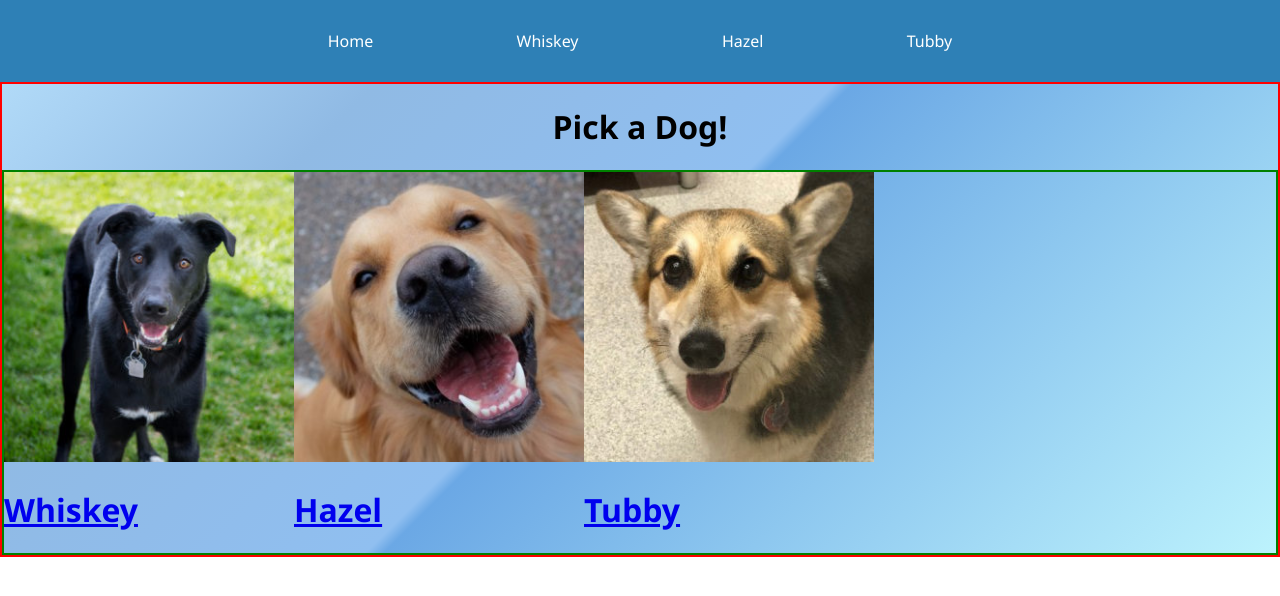
Repository: johnmutina/dog-finder
Page: /dogs
These files come from the project's save history. The page is drawn as it stood at one moment and after a run of saves; the edit follows.
The browser window is 1280 px wide. The pictures show the whole page.
The project was rebuilt for these pictures with package versions that can differ from the ones it lists, and the page was loaded fresh each time. Also part of the build but not shown: src/Dog.js.

Above is the page before, as saved 2019-07-28 15:13:51.

### src/App.js
import React, { Component } from "react";
import { Switch, Route, NavLink, Redirect } from "react-router-dom";
import DogFinder from "./DogFinder";
import Dog from "./Dog";
import "./App.css";

// Import all images in image folder
function importAll(r) {
  let images = {};
  r.keys().map((item, index) => {
    images[item.replace("./", "")] = r(item);
  });
  return images;
}

const images = importAll(
  require.context("./assets", false, /\.(gif|jpe?g|svg)$/)
);

class App extends Component {
  static defaultProps = {
    dogs: [
      {
        name: "Whiskey",
        age: 5,
        src: images["whiskey.jpg"],
        facts: [
          "Whiskey loves eating popcorn.",
          "Whiskey is a terrible guard dog.",
          "Whiskey wants to cuddle with you!"
        ]
      },
      {
        name: "Hazel",
        age: 3,
        src: images["hazel.jpg"],
        facts: [
          "Hazel has soooo much energy!",
          "Hazel is highly intelligent.",
          "Hazel loves people more than dogs."
        ]
      },
      {
        name: "Tubby",
        age: 4,
        src: images["tubby.jpg"],
        facts: [
          "Tubby is not the brightest dog",
          "Tubby does not like walks or exercise.",
          "Tubby loves eating food."
        ]
      }
    ]
  };

  render() {
    return (
      <div className="App">
        {/* NAVBAR */}
        <div className="App-navbar">
          <NavLink to="/dogs" activeClassName="App-active-navlink">
            Home
          </NavLink>
          {this.props.dogs.map(dog => (
            <NavLink
              key={dog.name}
              to={`/dogs/${dog.name}`}
              activeClassName="App-active-navlink"
            >
              {dog.name}
            </NavLink>
          ))}
        </div>

        {/* ROUTES SETUP */}

        <Switch>
          <Route
            exact
            path="/dogs"
            render={routeProps => (
              <DogFinder dogs={this.props.dogs} {...routeProps} />
            )}
          />
          <Route
            exact
            path="/dogs/:name"
            render={routeProps => (
              <Dog
                {...this.props.dogs.filter(
                  dog => dog.name == routeProps.match.params.name
                )[0]}
                {...routeProps}
              />
            )}
          />
          <Route render={() => <Redirect to="/dogs" />} />
        </Switch>
      </div>
    );
  }
}

export default App;

### src/DogFinder.js
import React, { Component } from "react";
import { Link } from "react-router-dom";
import "./DogFinder.css";

class DogFinder extends Component {
  render() {
    return (
      <div className="DogFinder">
        <h1>Pick a Dog!</h1>
        <div className="DogFinder-box">
          {this.props.dogs.map(dog => (
            <Link to={`/dogs/${dog.name}`}>
              <div className="DogFinder-dog-container">
                <img src={dog.src} alt={dog.name} />
                <h1>{dog.name}</h1>
              </div>
            </Link>
          ))}
        </div>
      </div>
    );
  }
}

export default DogFinder;

### src/App.css
* {
  font-family: "Segoe UI", Tahoma, Geneva, Verdana, sans-serif;
}

.App {
  height: 100%;
  text-align: center;
  background: #b8e1fc; /* Old browsers */
  background: -moz-linear-gradient(
    -45deg,
    #b8e1fc 0%,
    #a9d2f3 10%,
    #90bae4 25%,
    #90bcea 37%,
    #90bff0 50%,
    #6ba8e5 51%,
    #a2daf5 83%,
    #bdf3fd 100%
  ); /* FF3.6-15 */
  background: -webkit-linear-gradient(
    -45deg,
    #b8e1fc 0%,
    #a9d2f3 10%,
    #90bae4 25%,
    #90bcea 37%,
    #90bff0 50%,
    #6ba8e5 51%,
    #a2daf5 83%,
    #bdf3fd 100%
  ); /* Chrome10-25,Safari5.1-6 */
  background: linear-gradient(
    135deg,
    #b8e1fc 0%,
    #a9d2f3 10%,
    #90bae4 25%,
    #90bcea 37%,
    #90bff0 50%,
    #6ba8e5 51%,
    #a2daf5 83%,
    #bdf3fd 100%
  ); /* W3C, IE10+, FF16+, Chrome26+, Opera12+, Safari7+ */
  filter: progid:DXImageTransform.Microsoft.gradient( startColorstr='#b8e1fc', endColorstr='#bdf3fd',GradientType=1 ); /* IE6-9 fallback on horizontal gradient */
}
.App-navbar {
  display: flex;
  background-color: #2e80b6;
  justify-content: space-around;
  padding: 30px 20%;
}

.App-navbar > * {
  color: white;
  text-decoration: none;
  text-transform: capitalize;
}

.App-navbar > *:hover {
  text-decoration: underline;
  font-weight: bolder;
}

### src/DogFinder.css
.DogFinder {
  border: 2px solid red;
}

.DogFinder-box {
  display: flex;
  flex-flow: row wrap;
  border: 2px solid green;
}

.DogFinder-dog-container {
  width: 20%;
}

.DogFinder-dog-container img {
  width: 290px;
}

Loaded but not shown: public/index.html (common file); src/index.js (common file); src/index.css (common file); src/serviceWorker.js (common file)

After the next 2 saves:
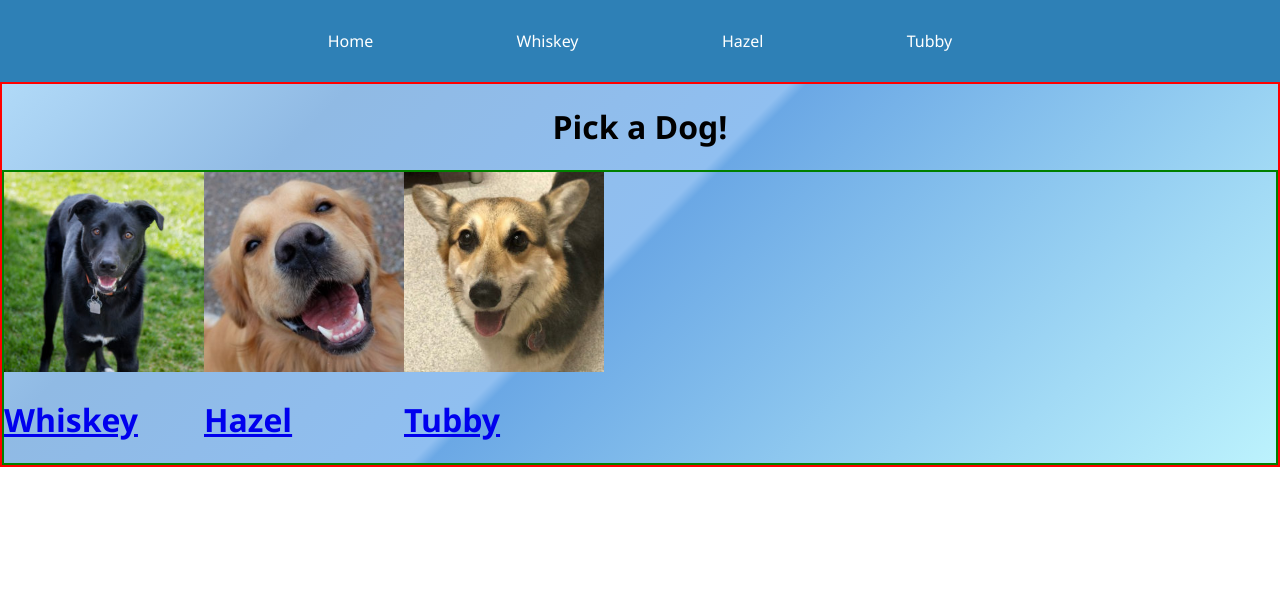
The 2 saves are shown as one change because they came seconds apart.
The last was saved 11 s later.
--- a/src/DogFinder.css
+++ b/src/DogFinder.css
@@ -13,5 +13,6 @@
 }
 
 .DogFinder-dog-container img {
-  width: 290px;
+  width: 200px;
+  height: 200px;
 }
